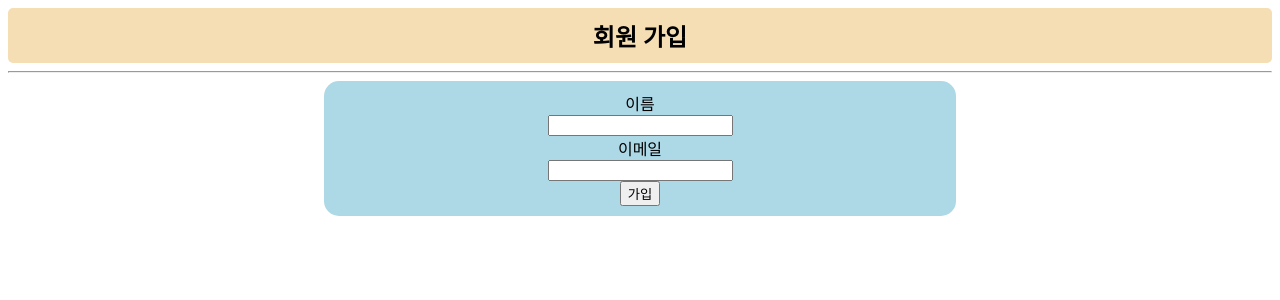
Repository: ineble/demo1
Page: test/src/main/webapp/ch03/regfrom1.html
These files come from the project's save history. The page is drawn as it stood at one moment and after a run of saves; the edit follows.
The browser window is 1280 px wide. The pictures show the whole page.

Above is the page before, as saved 2022-08-02 15:50:10.

After the next 2 saves:
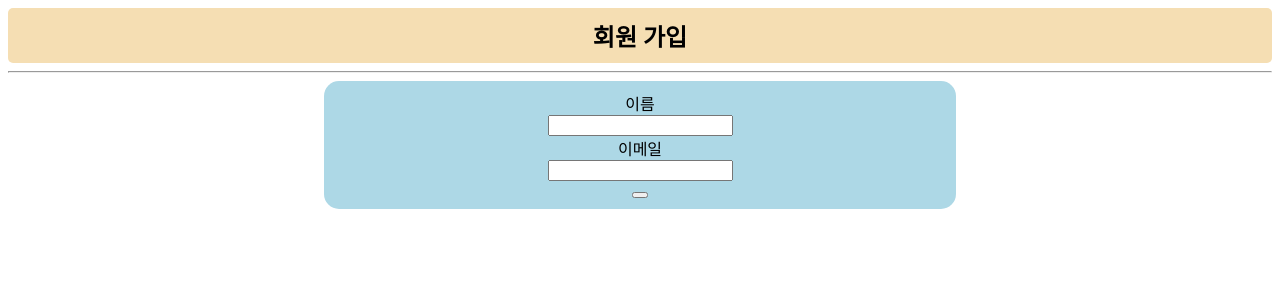
The 2 saves are shown as one change because they came seconds apart.
The last was saved 30 s later.
--- a/test/src/main/webapp/ch03/regfrom1.html
+++ b/test/src/main/webapp/ch03/regfrom1.html
@@ -41,7 +41,7 @@
 	<input type="text" name="name"> <br>
 	<label>이메일</label> <br>
 	<input type="email" name="email"> <br>
-	<input type="button" value="가입" onClick="join()">
+	<button type="button" value="가입" onClick="join()"></button>
 	</form>
 	</div>
 	<div id="detail">

After the save that followed:
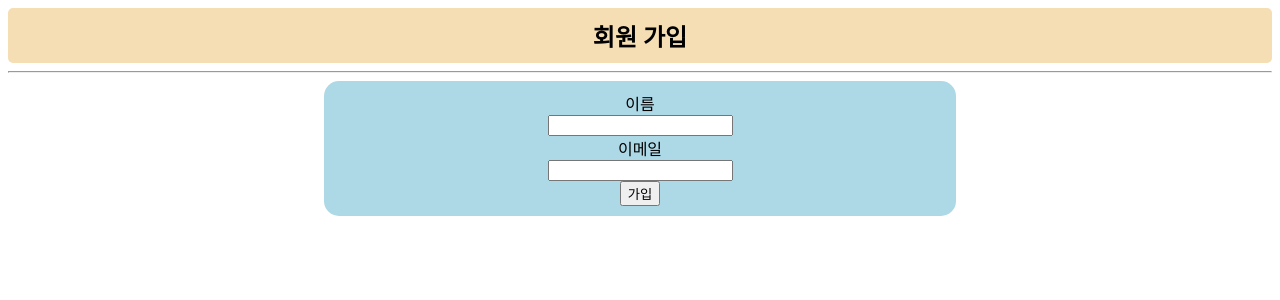
Saved 8 s later.
--- a/test/src/main/webapp/ch03/regfrom1.html
+++ b/test/src/main/webapp/ch03/regfrom1.html
@@ -41,7 +41,7 @@
 	<input type="text" name="name"> <br>
 	<label>이메일</label> <br>
 	<input type="email" name="email"> <br>
-	<button type="button" value="가입" onClick="join()"></button>
+	<button type="button" onClick="join()">가입</button>
 	</form>
 	</div>
 	<div id="detail">
